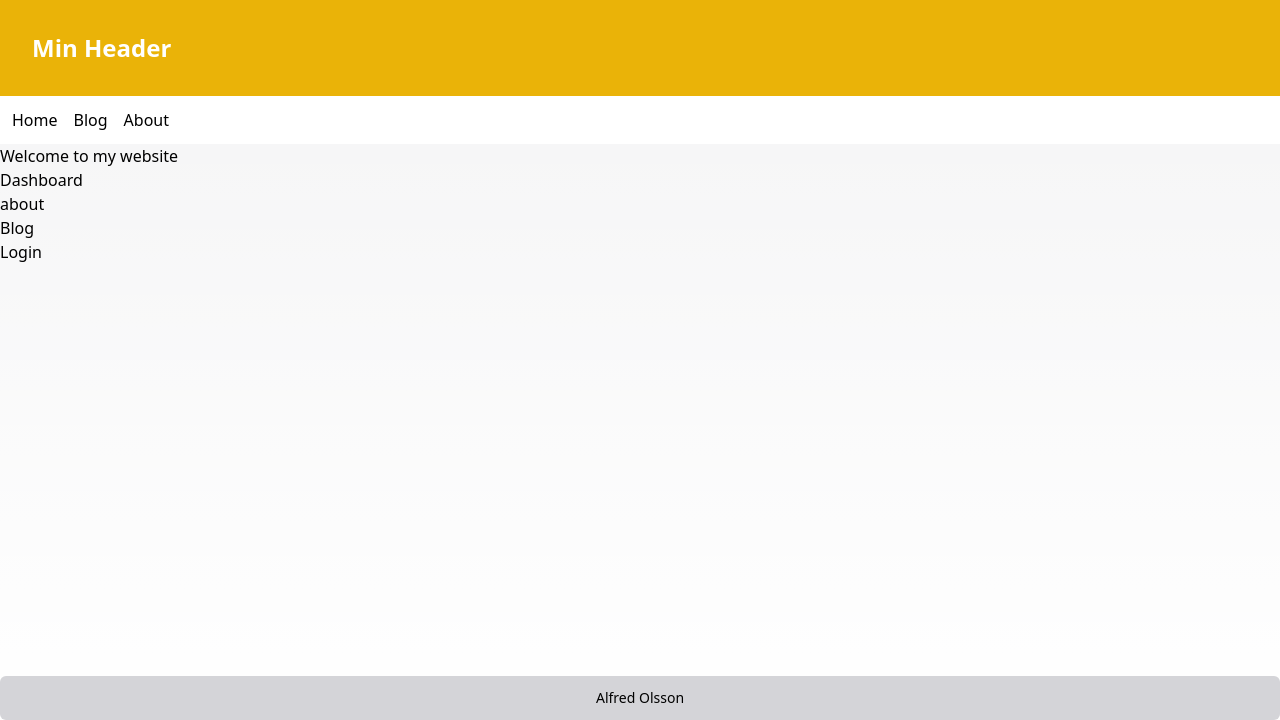
Repository: AlligatorAffe/NextWebsite
Page: /
These files come from the project's save history. The page is drawn as it stood at one moment and after the next save; the edit follows.
The browser window is 1280 px wide. The pictures show the whole page.
The project was rebuilt for these pictures with package versions that can differ from the ones it lists, and the page was loaded fresh each time. The framework's server and built-in components were replaced by stand-ins that run in the browser. Also part of the build but not shown: next.config.js.

Above is the page before, as saved 2024-01-04 21:52:33.

After the next save:
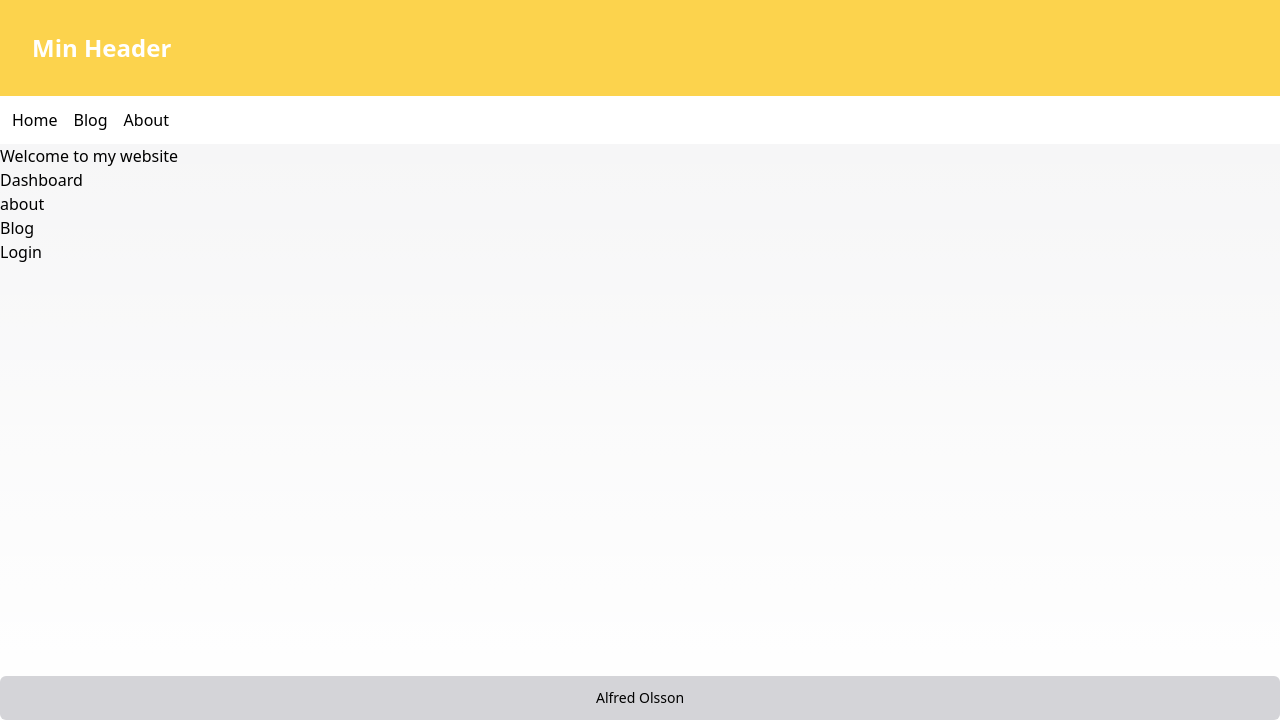
Saved 30 s later.
--- a/app/layout.tsx
+++ b/app/layout.tsx
@@ -56,7 +56,7 @@ export default function RootLayout({
     <html lang="en">
       <body className="flex flex-col min-h-screen bg-zinc-100 text-black">
         <div className="flex-grow">
-          <header className="bg-yellow-500 p-8">
+          <header className="bg-amber-300 p-8">
             <h1 className="text-2xl font-bold text-white">Min Header</h1>
           </header>
 
